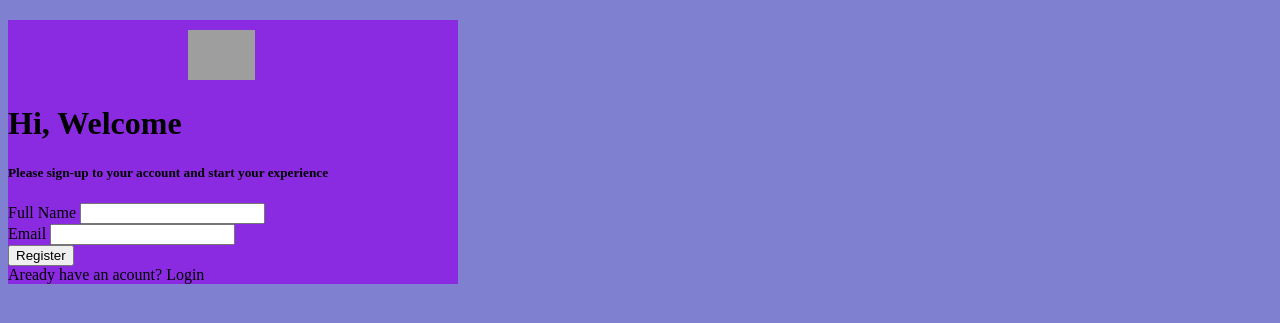
Repository: KingBoyMaylow/movie-task
Page: index.html
These files come from the project's save history. The page is drawn as it stood at one moment and after a run of saves; the edit follows.
The browser window is 1280 px wide. The pictures show the whole page.
Pictures or frames that could not be fetched are drawn as grey boxes.

Above is the page before, as saved 2024-05-20 08:23:07.

### index.html
<!DOCTYPE html>
<html>
<head>
    <link rel="stylesheet" href="html.css">
  <title>document</title>
</head>
<body>
    <div class="sign-up-div">
        <img src="download.png" alt="div">
        <h1>Hi, Welcome</h1>
  <h5>Please sign-up to your account and start your experience</h5>

  <form action="signup.php" method="post">
    <label for="Full Name">Full Name</label>
    <input type="text" id="Full Name" name="Full Name" required><br>

    <label for="Email1">Email</label>
    <input type="email" id="Email1" name ="Email1" required><br>



    <input type="submit" value="Register">
  </form>
  <span>Aready have an acount?</span> <span>Login</span>
    </div>

</form>
</body>
</html>

### html.css
body{
    background-color:  rgb(128, 128, 209);
}
.sign-up-div{
    background-color: blueviolet;
    width: 450px;
    margin-top: 20px;
}
img{
    height: 50px;
    cursor: pointer;
    margin-left: 40%;
    margin-top: 10px;
}

After the next 3 saves:
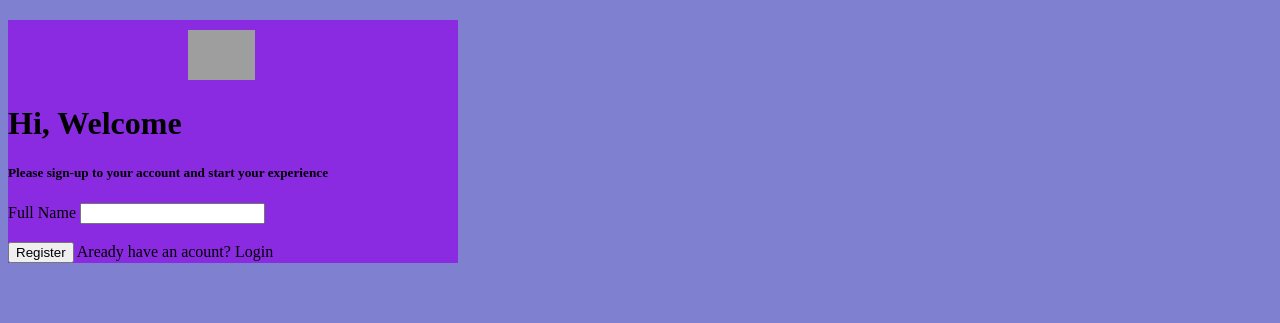
The 3 saves are shown as one change because they came seconds apart.
The last was saved 35 s later.
--- a/index.html
+++ b/index.html
@@ -14,7 +14,7 @@
     <label for="Full Name">Full Name</label>
     <input type="text" id="Full Name" name="Full Name" required><br>
 
-    <label for="Email1">Email</label>
+    <label
     <input type="email" id="Email1" name ="Email1" required><br>
 
 
